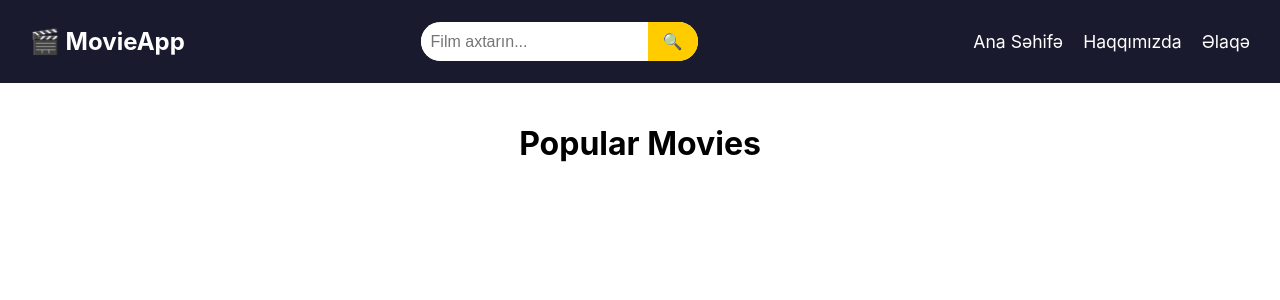
Repository: Zulfiyya077/InternIntelligence_MovieWebsite
Page: /
An editor plug-in stored every save of this project. The page is shown before and after the next save, followed by the edit.
The browser window is 1280 px wide. The pictures show the whole page.
The page's requests for data from a server got no answer. The project was rebuilt for these pictures with package versions that can differ from the ones it lists, and the page was loaded fresh each time. No one was signed in, and anything a server would have sent is missing. Also part of the build but not shown: vite.config.js, src/components/MovieCard.module.css, src/components/MovieCard.jsx, src/pages/MovieDetailsPage.module.css, src/pages/MovieDetailsPage.jsx, src/pages/SearchResultsPage.module.css, src/pages/SearchResultsPage.jsx, src/pages/About.module.css and 4 more.

Above is the page before, as saved 2025-02-24 00:43:29.

### src/App.jsx
import React from 'react';
import { BrowserRouter as Router, Routes, Route } from 'react-router-dom';
import Home from './pages/Home';
import MovieDetailsPage from './pages/MovieDetailsPage';
import SearchResultsPage from './pages/SearchResultsPage';
import About from './pages/About';
import Contact from './pages/Contact';
import Navbar from './components/Navbar';
import styles from './App.module.css';

const App = () => {
    return (
        <Router>
            <div className={styles.app}>
                <Navbar />
                <Routes>
                    <Route path="/" element={<Home />} />
                    <Route path="/movie/:id" element={<MovieDetailsPage />} />
                    <Route path="/search/:query" element={<SearchResultsPage />} />
                    <Route path="/about" element={<About />} />
                    <Route path="/contact" element={<Contact />} />
                </Routes>
            </div>
        </Router>
    );
};

export default App;

### src/pages/Home.jsx
// src/pages/Home.jsx
import React, { useState, useEffect } from 'react';
import axios from 'axios';
import MovieCard from '../components/MovieCard';
import styles from './Home.module.css';

const Home = () => {
    const [movies, setMovies] = useState([]);

    useEffect(() => {
        const fetchMovies = async () => {
            try {
                const response = await axios.get(
                    'https://api.themoviedb.org/3/movie/popular?api_key=YOUR_API_KEY&language=en-US'
                );
                setMovies(response.data.results);
            } catch (error) {
                console.error('Error fetching movies:', error);
            }
        };

        fetchMovies();
    }, []);

    return (
        <div className={styles.home}>
            <h1>Popular Movies</h1>
            <div className={styles.movieList}>
                {movies.map((movie) => (
                    <MovieCard key={movie.id} movie={movie} />
                ))}
            </div>
        </div>
    );
};

export default Home;

### src/components/Navbar.jsx
import React from 'react';
import { Link } from 'react-router-dom';
import SearchBar from './SearchBar';
import styles from './Navbar.module.css';

const Navbar = () => {
    return (
        <nav className={styles.navbar}>
            <div className={styles.logo}>
                <Link to="/">🎬 MovieApp</Link>
            </div>
            <SearchBar />
            <ul className={styles.navLinks}>
                <li><Link to="/">Ana Səhifə</Link></li>
                <li><Link to="/about">Haqqımızda</Link></li>
                <li><Link to="/contact">Əlaqə</Link></li>
            </ul>
        </nav>
    );
};

export default Navbar;

### src/pages/Home.module.css
/* src/pages/Home.module.css */
.home {
    padding: 20px;
    text-align: center;
}

.movieList {
    display: flex;
    flex-wrap: wrap;
    justify-content: center;
}

.movieList .card {
    margin: 10px;
}

### src/components/SearchBar.jsx
import React, { useState } from 'react';
import { useNavigate } from 'react-router-dom';
import styles from './SearchBar.module.css';

const SearchBar = () => {
    const [query, setQuery] = useState('');
    const navigate = useNavigate();

    const handleSearch = (e) => {
        e.preventDefault();
        if (query.trim()) {
            navigate(`/search/${query}`);
            setQuery('');
        }
    };

    return (
        <form onSubmit={handleSearch} className={styles.searchBar}>
            <input
                type="text"
                placeholder="Film axtarın..."
                value={query}
                onChange={(e) => setQuery(e.target.value)}
            />
            <button type="submit">🔍</button>
        </form>
    );
};

export default SearchBar;

### src/components/Navbar.module.css
.navbar {
    display: flex;
    align-items: center;
    justify-content: space-between;
    background-color: #1a1a2e;
    padding: 15px 30px;
    color: white;
}

.logo a {
    font-size: 1.5rem;
    color: white;
    text-decoration: none;
    font-weight: bold;
}

.navLinks {
    list-style: none;
    display: flex;
    gap: 20px;
}

.navLinks li a {
    color: white;
    text-decoration: none;
    font-size: 1.1rem;
    transition: color 0.3s;
}

.navLinks li a:hover {
    color: #ffcc00;
}

### src/components/SearchBar.module.css
.searchBar {
    display: flex;
    align-items: center;
    background-color: white;
    border-radius: 20px;
    overflow: hidden;
}

.searchBar input {
    border: none;
    padding: 10px;
    outline: none;
    font-size: 1rem;
}

.searchBar button {
    background-color: #ffcc00;
    border: none;
    padding: 10px 15px;
    cursor: pointer;
    font-size: 1rem;
}

.searchBar button:hover {
    background-color: #e6b800;
}

### src/services/MovieService.jsx
import axios from 'axios';

const API_KEY = '347d82ea465848c0e545ed15f4366554'; // Buraya TMDB API açarını əlavə et
const BASE_URL = 'https://api.themoviedb.org/3';

// Axios instance yaradılır
const api = axios.create({
    baseURL: BASE_URL,
    params: {
        api_key: API_KEY,
        language: 'en-US',
    },
});

// Populyar filmləri gətirən funksiya
export const getPopularMovies = async () => {
    try {
        const response = await api.get('/movie/popular');
        return response.data;
    } catch (error) {
        console.error('Populyar filmlər yüklənərkən xəta baş verdi:', error);
        return { results: [] };
    }
};

// Axtarış funksiyası
export const searchMovies = async (query) => {
    try {
        const response = await api.get('/search/movie', {
            params: { query },
        });
        return response.data;
    } catch (error) {
        console.error('Film axtarışı zamanı xəta baş verdi:', error);
        return { results: [] };
    }
};

// Film detallarını gətirən funksiya
export const getMovieDetails = async (movieId) => {
    try {
        const response = await api.get(`/movie/${movieId}`);
        return response.data;
    } catch (error) {
        console.error('Film detalları yüklənərkən xəta baş verdi:', error);
        return null;
    }
};

Loaded but not shown: index.html (common file); src/main.jsx (common file); src/index.css (common file)

After the next save:
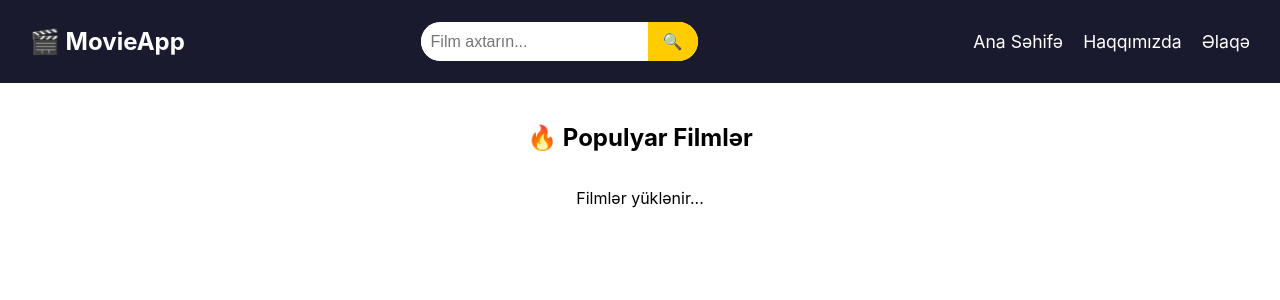
Saved 27 s later.
--- a/src/pages/Home.jsx
+++ b/src/pages/Home.jsx
@@ -1,6 +1,5 @@
-// src/pages/Home.jsx
 import React, { useState, useEffect } from 'react';
-import axios from 'axios';
+import { getPopularMovies } from '../services/MovieService';
 import MovieCard from '../components/MovieCard';
 import styles from './Home.module.css';
 
@@ -9,14 +8,8 @@ const Home = () => {
 
     useEffect(() => {
         const fetchMovies = async () => {
-            try {
-                const response = await axios.get(
-                    'https://api.themoviedb.org/3/movie/popular?api_key=YOUR_API_KEY&language=en-US'
-                );
-                setMovies(response.data.results);
-            } catch (error) {
-                console.error('Error fetching movies:', error);
-            }
+            const data = await getPopularMovies();
+            setMovies(data.results);
         };
 
         fetchMovies();
@@ -24,11 +17,13 @@ const Home = () => {
 
     return (
         <div className={styles.home}>
-            <h1>Popular Movies</h1>
+            <h2>🔥 Populyar Filmlər</h2>
             <div className={styles.movieList}>
-                {movies.map((movie) => (
-                    <MovieCard key={movie.id} movie={movie} />
-                ))}
+                {movies.length > 0 ? (
+                    movies.map((movie) => <MovieCard key={movie.id} movie={movie} />)
+                ) : (
+                    <p>Filmlər yüklənir...</p>
+                )}
             </div>
         </div>
     );
